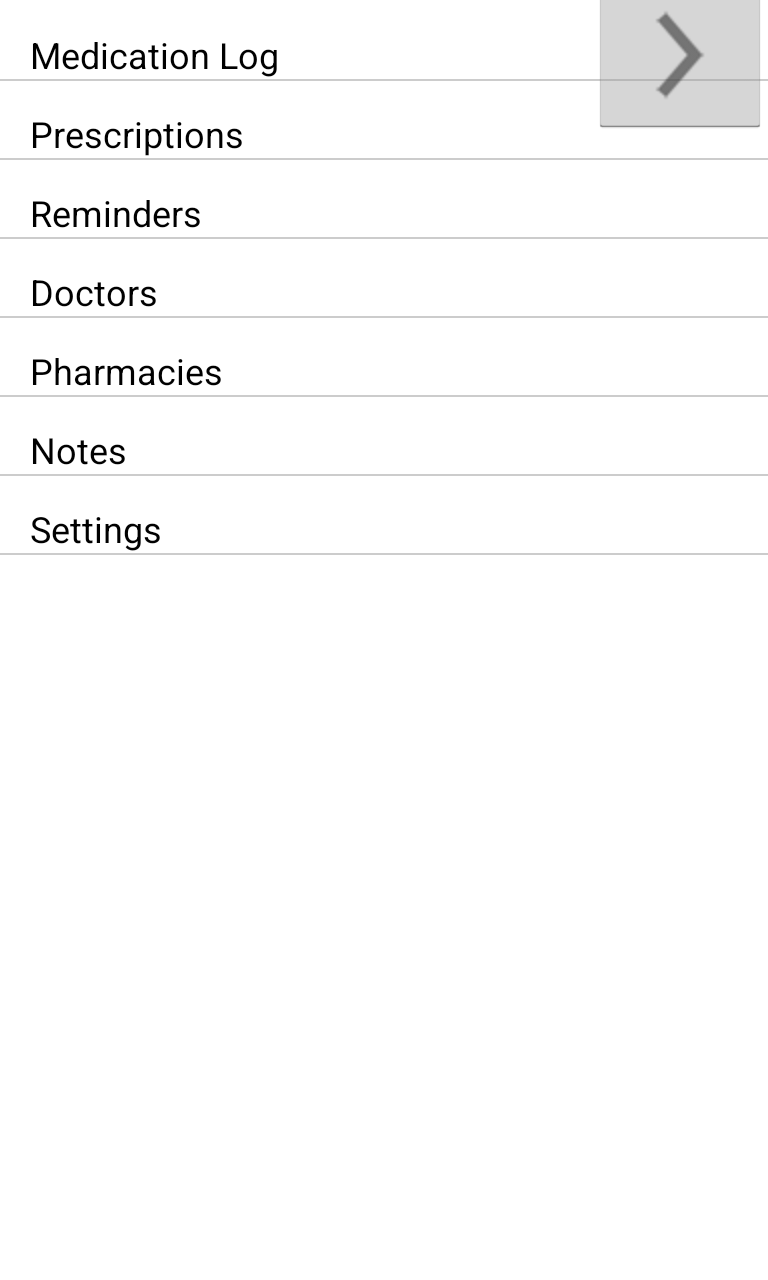
Repository: ranika/pilltracker
Layout: PillTracker/res/layout/fragment_main.xml
The author's editor kept a copy of each file at every save. The layout is drawn from the files as they stood at one save, then again after the next save.
It is drawn on a 768 x 1280 px phone screen (xhdpi) without system bars, with theme AppTheme; the app's code is not run.

Above is the layout before, as saved 2014-04-10 02:55:45.

### PillTracker/res/layout/fragment_main.xml
<RelativeLayout xmlns:android="http://schemas.android.com/apk/res/android"
    android:layout_width="fill_parent"
    android:layout_height="fill_parent" >

    <TextView
        android:id="@+id/textView1"
        android:layout_width="wrap_content"
        android:layout_height="wrap_content"
        android:layout_alignParentLeft="true"
        android:layout_alignParentTop="true"
        android:layout_marginLeft="15dp"
        android:layout_marginTop="15dp"
        android:text="@string/med_log"
        android:textAppearance="?android:attr/textAppearanceMedium" />

    <View
        android:layout_width="fill_parent"
        android:layout_height="1dp"
        android:layout_alignParentLeft="true"
        android:layout_below="@+id/textView1"
        android:background="@color/black"
        android:paddingTop="20dp" />

    <TextView
        android:id="@+id/textView2"
        android:layout_width="wrap_content"
        android:layout_height="wrap_content"
        android:layout_alignLeft="@+id/textView1"
        android:layout_below="@+id/textView1"
        android:layout_marginTop="15dp"
        android:text="@string/prescriptions"
        android:textAppearance="?android:attr/textAppearanceMedium" />

    <View
        android:layout_width="fill_parent"
        android:layout_height="1dp"
        android:layout_alignParentLeft="true"
        android:layout_below="@+id/textView2"
        android:background="@color/black"
        android:paddingTop="20dp" />

    <TextView
        android:id="@+id/textView3"
        android:layout_width="wrap_content"
        android:layout_height="wrap_content"
        android:layout_alignLeft="@+id/textView2"
        android:layout_below="@+id/textView2"
        android:layout_marginTop="15dp"
        android:text="@string/reminders"
        android:textAppearance="?android:attr/textAppearanceMedium" />

    <View
        android:layout_width="fill_parent"
        android:layout_height="1dp"
        android:layout_alignParentLeft="true"
        android:layout_below="@+id/textView3"
        android:background="@color/black"
        android:paddingTop="20dp" />

    <TextView
        android:id="@+id/textView4"
        android:layout_width="wrap_content"
        android:layout_height="wrap_content"
        android:layout_alignLeft="@+id/textView3"
        android:layout_below="@+id/textView3"
        android:layout_marginTop="15dp"
        android:text="@string/doctors"
        android:textAppearance="?android:attr/textAppearanceMedium" />

    <View
        android:layout_width="fill_parent"
        android:layout_height="1dp"
        android:layout_alignParentLeft="true"
        android:layout_below="@+id/textView4"
        android:background="@color/black"
        android:paddingTop="20dp" />

    <TextView
        android:id="@+id/textView5"
        android:layout_width="wrap_content"
        android:layout_height="wrap_content"
        android:layout_alignLeft="@+id/textView4"
        android:layout_below="@+id/textView4"
        android:layout_marginTop="15dp"
        android:text="@string/pharmacies"
        android:textAppearance="?android:attr/textAppearanceMedium" />

    <View
        android:layout_width="fill_parent"
        android:layout_height="1dp"
        android:layout_alignParentLeft="true"
        android:layout_below="@+id/textView5"
        android:background="@color/black"
        android:paddingTop="20dp" />

    <TextView
        android:id="@+id/textView6"
        android:layout_width="wrap_content"
        android:layout_height="wrap_content"
        android:layout_alignLeft="@+id/textView5"
        android:layout_below="@+id/textView5"
        android:layout_marginTop="15dp"
        android:text="@string/notes"
        android:textAppearance="?android:attr/textAppearanceMedium" />

    <View
        android:layout_width="fill_parent"
        android:layout_height="1dp"
        android:layout_alignParentLeft="true"
        android:layout_below="@+id/textView6"
        android:background="@color/black"
        android:paddingTop="20dp" />

    <TextView
        android:id="@+id/textView7"
        android:layout_width="wrap_content"
        android:layout_height="wrap_content"
        android:layout_alignLeft="@+id/textView6"
        android:layout_below="@+id/textView6"
        android:layout_marginTop="15dp"
        android:text="@string/settings"
        android:textAppearance="?android:attr/textAppearanceMedium" />

    <View
        android:id="@+id/view1"
        android:layout_width="fill_parent"
        android:layout_height="1dp"
        android:layout_alignParentLeft="true"
        android:layout_below="@+id/textView7"
        android:background="@color/black"
        android:paddingTop="20dp" />

    <Button
        android:id="@+id/button1"
        android:layout_width="wrap_content"
        android:layout_height="wrap_content"
        android:layout_alignBaseline="@+id/textView1"
        android:layout_alignBottom="@+id/textView1"
        android:layout_alignParentRight="true"
        android:drawableRight="@drawable/arrow" />

</RelativeLayout>

### PillTracker/res/values/strings.xml
<?xml version="1.0" encoding="utf-8"?>
<resources>

    <string name="app_name">Pill Tracker</string>
    <string name="action_settings">Settings</string>
	<string name="med_log">Medication Log</string>
	<string name="prescriptions">Prescriptions</string>
	<string name="reminders">Reminders</string>
	<string name="doctors">Doctors</string>
	<string name="pharmacies">Pharmacies</string>
	<string name="notes">Notes</string>
	<string name="settings">Settings</string>
	<color name="black">#CCCCCC</color>
</resources>

Loaded but not shown: PillTracker/res/values/styles.xml (common file); PillTracker/res/values-v11/styles.xml (common file); PillTracker/res/values-v14/styles.xml (common file)

After the next save:
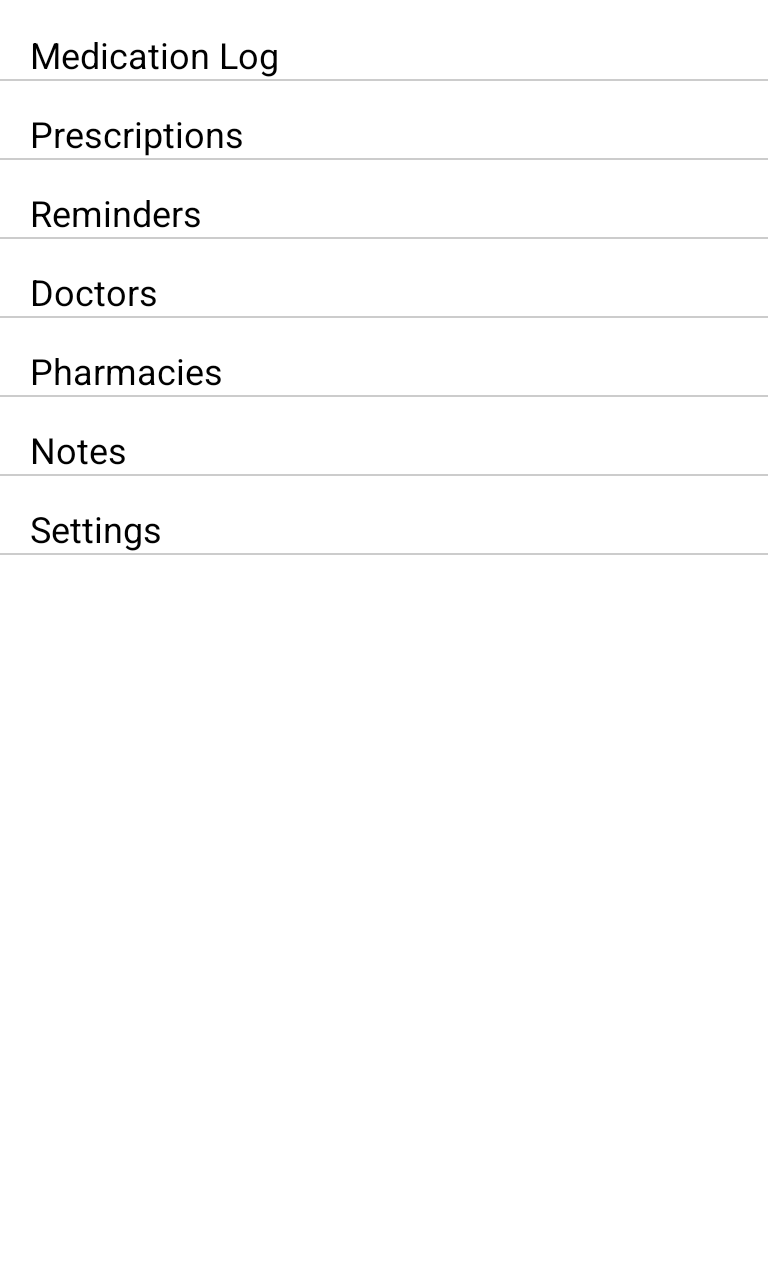
Saved 50 s later.
--- a/PillTracker/res/layout/fragment_main.xml
+++ b/PillTracker/res/layout/fragment_main.xml
@@ -133,7 +133,7 @@
     <Button
         android:id="@+id/button1"
         android:layout_width="wrap_content"
-        android:layout_height="wrap_content"
+        android:layout_height="10dp"
         android:layout_alignBaseline="@+id/textView1"
         android:layout_alignBottom="@+id/textView1"
         android:layout_alignParentRight="true"
